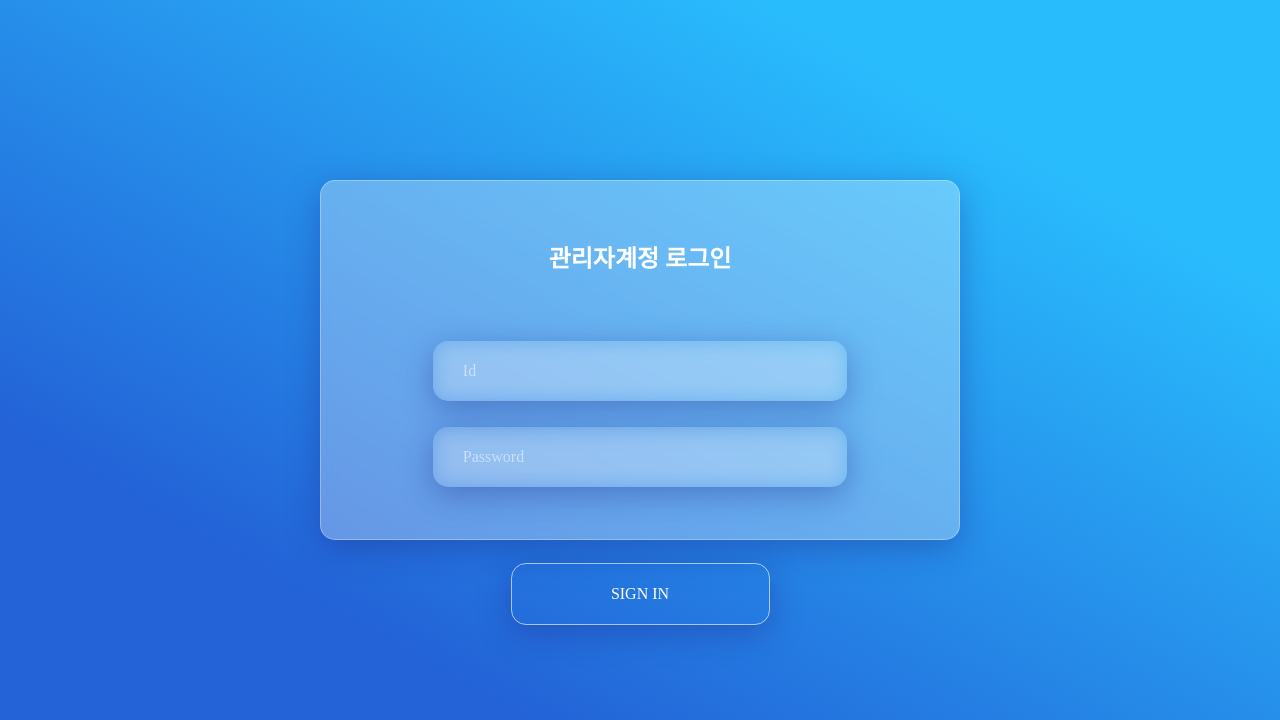
Repository: LEEYONGJUN3068/cms
Page: /login
An editor plug-in stored every save of this project. The page is shown before and after the next save, followed by the edit.
The browser window is 1280 px wide. The pictures show the whole page.
The page's requests for data from a server got no answer. The project was rebuilt for these pictures with package versions that can differ from the ones it lists, and the page was loaded fresh each time. The framework's server and built-in components were replaced by stand-ins that run in the browser. No one was signed in, and anything a server would have sent is missing. Also part of the build but not shown: next.config.mjs.

Above is the page before, as saved 2025-09-23 14:43:42.

### src/app/layout.js
import { Geist, Geist_Mono } from "next/font/google";
import "./globals.css";
import AppLoader from "@/components/AppLoader";
import "../styles/globals.scss";

const geistSans = Geist({
  variable: "--font-geist-sans",
  subsets: ["latin"],
});

const geistMono = Geist_Mono({
  variable: "--font-geist-mono",
  subsets: ["latin"],
});

export const metadata = {
  title: "Create Next App",
  description: "Generated by create next app",
  stylesheets: [
    {
      rel: 'stylesheet',
      as: 'style',
      crossOrigin: 'anonymous',
      href: 'https://cdn.jsdelivr.net/gh/orioncactus/pretendard@v1.3.9/dist/web/static/pretendard.min.css',
    },
  ],
};

export default function RootLayout({ children }) {
  return (
    <html lang="ko">
      <body
        className={`${geistSans.variable} ${geistMono.variable} antialiased`}
      >
        <AppLoader>{children}</AppLoader>
      </body>
    </html>
  );
}

### src/app/login/page.jsx
'use client'
import { useState } from 'react'
import { supabase } from '@/lib/supabaseClient'
import { useRouter } from 'next/navigation'
import styles from './login.module.scss'

export default function Login() {
  const [email,setEmail] = useState('')
  const [password,setPassword] = useState('')
  const router = useRouter()

  const handleLogin = async (e) => {
    e.preventDefault()
    const { data, error } = await supabase.auth.signInWithPassword({ email, password })
    if (error) alert(error.message)
    else router.push('/dashboard')
  }

  return (
    <div className={styles.loginContainer}>
      <div className={styles.form}>
        <h2>관리자계정 로그인</h2>
        <form onSubmit={handleLogin}>
          <input
            type="email"
            placeholder="Id"
            value={email}
            onChange={(e)=>setEmail(e.target.value)}
            required
            name='id'
          />
          <input
            type="password"
            placeholder="Password"
            value={password}
            onChange={(e)=>setPassword(e.target.value)}
            required
            name='pw'
          />
          <button type="submit" className={styles.loginBtn}>SIGN IN</button>
        </form>
      </div>
    </div>
  )
}

### src/app/globals.css
@import "tailwindcss";

:root {
  --background: #ffffff;
  --foreground: #171717;
}

@theme inline {
  --color-background: var(--background);
  --color-foreground: var(--foreground);
  --font-sans: var(--font-geist-sans);
  --font-mono: var(--font-geist-mono);
}

@media (prefers-color-scheme: dark) {
  :root {
    --background: #0a0a0a;
    --foreground: #ededed;
  }
}

body {
  background: var(--background);
  color: var(--foreground);
  font-family: 'Pretendard';
}

### src/components/AppLoader.jsx
"use client";

import { useState, useEffect } from "react";
import dynamic from 'next/dynamic'; // dynamic import 추가

// LoadingScreen 컴포넌트를 dynamic으로 불러오고, ssr을 false로 설정합니다.
// 이렇게 하면 이 컴포넌트는 오직 브라우저에서만 렌더링됩니다.
const LoadingScreen = dynamic(() => import('./LoadingScreen'), { ssr: false });

const AppLoader = ({ children }) => {
  const [loading, setLoading] = useState(true);

  useEffect(() => {
    const isFirstVisit = sessionStorage.getItem("isFirstVisit");

    if (isFirstVisit) {
      setLoading(false);
    } else {
      sessionStorage.setItem("isFirstVisit", "false");
      setTimeout(() => {
        setLoading(false);
      }, 3000);
    }
  }, []);

  return loading ? <LoadingScreen /> : <>{children}</>;
};

export default AppLoader;

### src/styles/globals.scss
button{
    &:hover{
        cursor: pointer;
    }
}

### src/app/login/login.module.scss
.loginContainer{
    background: linear-gradient(to bottom left, #29bcfd 20%, #2362d7 80%);
    width: 100%;
    height: 100vh;

    .form{
        position: absolute;
        left: 50%;
        top: 50%;
        transform: translate(-50%, -50%);
        width: 50%;
        height: 50vh;
        background: rgba(255, 255, 255, 0.3);
        backdrop-filter: blur(10px);
        -webkit-backdrop-filter: blur(10px); /* Safari 브라우저 지원 */
        border: 1px solid rgba(255, 255, 255, 0.3);
        box-shadow: 0 8px 32px 0 rgba(31, 38, 135, 0.37);
        border-radius: 15px;
        padding: clamp(0px, 5vw, 60px);
        color: white;

        h2{
            text-align: center;
            font-weight: bold;
            font-size: clamp(0px, 4vw, 24px);
            margin-bottom: 5vw;
        }

        input{
            width: 80%;
            height: 5vh;
            backdrop-filter: blur(10px);
            -webkit-backdrop-filter: blur(10px); /* Safari 브라우저 지원 */
            box-shadow: 0 8px 32px 0 rgba(31, 38, 135, 0.37);
            border-radius: 15px;
            padding: 30px;
            color: white;
            margin-bottom: 2vw;

            &:focus{
                outline: none;
            }
        }

        form{
            display: flex;
            flex-direction: column;
            justify-content: center;
            align-items: center;
        }

        .loginBtn{
            display: flex;
            align-items: center;
            justify-content: center;
            width: 50%;
            height: 5vh;
            backdrop-filter: blur(10px);
            -webkit-backdrop-filter: blur(10px); /* Safari 브라우저 지원 */
            border: 1px solid rgba(255, 255, 255, 0.6);
            box-shadow: 0 8px 32px 0 rgba(31, 38, 135, 0.37);
            border-radius: 15px;
            padding: 30px;
            font-weight: 500;
            color: white;
            margin-top: 4vw;

            &:hover{
                background-color: #fff;
                color: #2362d7;
                transition: all 0.5s;
            }
        }
    }
}

### src/components/LoadingScreen.jsx
"use client";

// lottie-react에서 Player를 가져옵니다.
import { Player } from "@lottiefiles/react-lottie-player";

const LoadingScreen = () => {
  return (
    <div style={{
      position: 'fixed',
      top: 0,
      left: 0,
      width: '100%',
      height: '100%',
      backgroundColor: '#000',
      display: 'flex',
      flexDirection: 'column',
      justifyContent: 'center',
      alignItems: 'center',
      zIndex: 9999,
    }}>
        <p style={{
            fontSize: 'clamp(0px, 5vw, 32px)',
            fontWeight: 'bold',
        }}>
          포트폴리오 화면을 구성중입니다
        </p>
        <Player
          autoplay
          loop
          src="https://lottie.host/dfe9ce55-f0b7-4bb0-bcd2-241897b61dec/JhkEyDhSuU.json"
          style={{ width: 'clamp(0px, 50vw, 300px)', height: 'auto' }}
        />
    </div>
  );
};

export default LoadingScreen;

Loaded but not shown: src/lib/supabaseClient.js (common file)

After the next save:
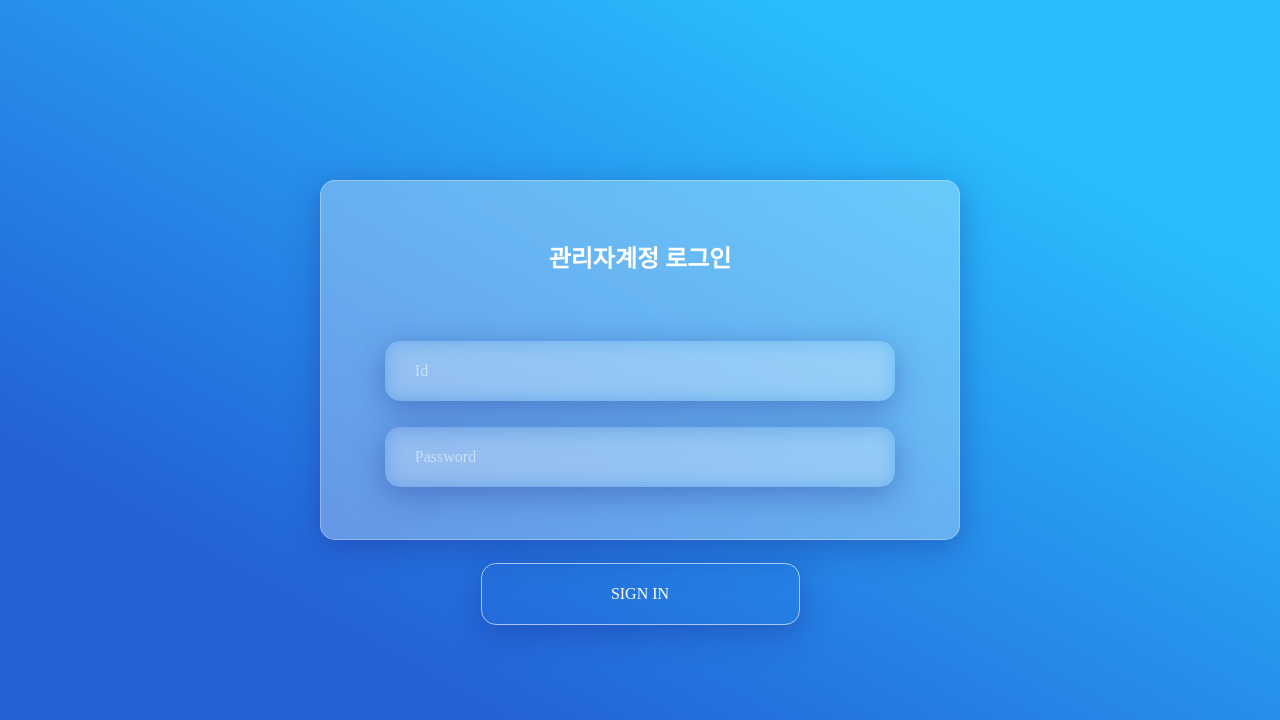
Saved 16 s later.
--- a/src/app/login/login.module.scss
+++ b/src/app/login/login.module.scss
@@ -16,7 +16,7 @@
         border: 1px solid rgba(255, 255, 255, 0.3);
         box-shadow: 0 8px 32px 0 rgba(31, 38, 135, 0.37);
         border-radius: 15px;
-        padding: clamp(0px, 5vw, 60px);
+        padding: clamp(0px, 5vw, 60px) 0;
         color: white;
 
         h2{
